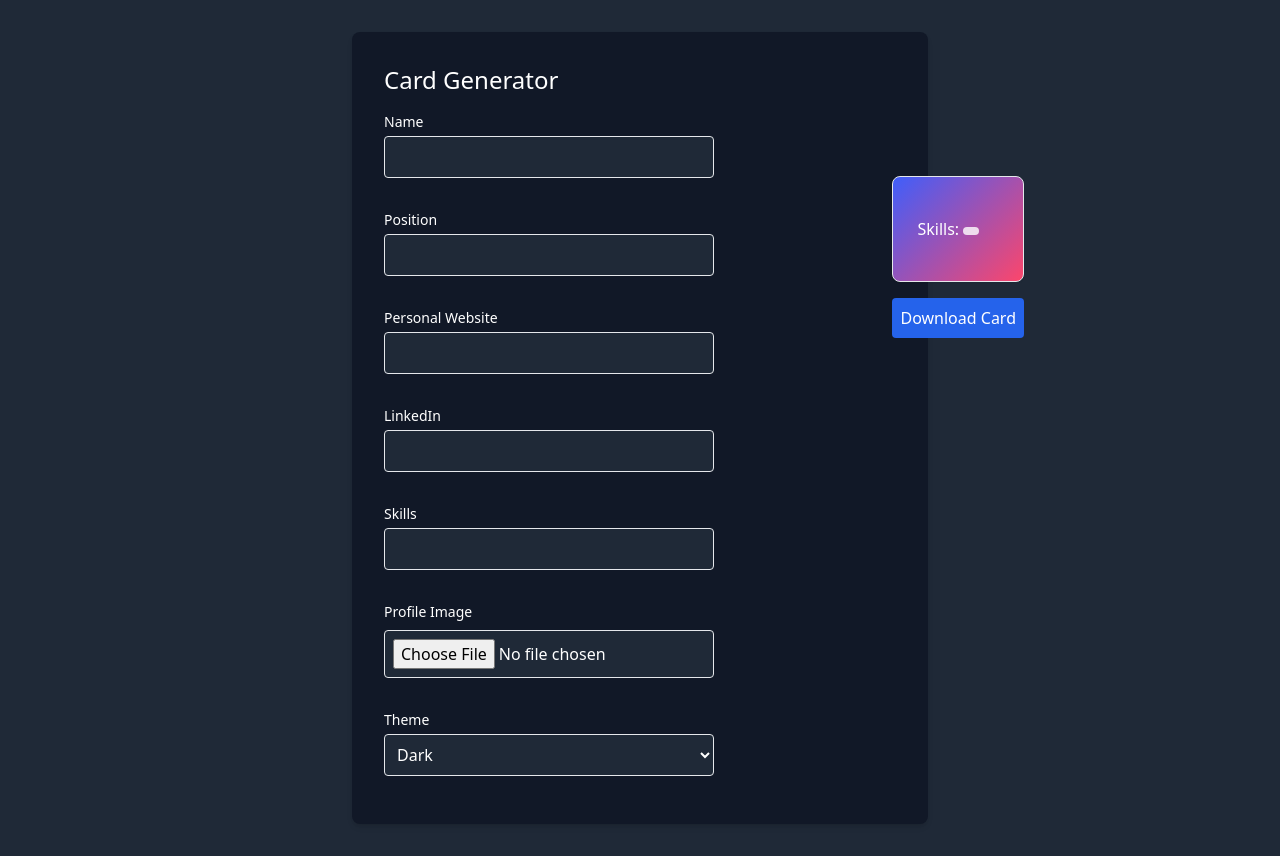
Repository: SmanSayeed/card-generator-react-application
Page: /
The author's editor kept a copy of each file at every save. The page is drawn from the files as they stood at one save, then again after the next save.
The browser window is 1280 px wide. The pictures show the whole page.
The project was rebuilt for these pictures with package versions that can differ from the ones it lists, and the page was loaded fresh each time. Also part of the build but not shown: vite.config.js.

Above is the page before, as saved 2024-09-24 16:34:27.

### src/main.jsx
import { StrictMode } from 'react'
import { createRoot } from 'react-dom/client'
import './index.css';
import App from './App';
import { Provider } from 'react-redux';
import { configureStore } from '@reduxjs/toolkit';
import { persistStore } from 'redux-persist';
import { PersistGate } from 'redux-persist/integration/react';
import cardReducer from './features/cardSlice';

const store = configureStore({
  reducer: {
    card: cardReducer,
  },
});
const persistor = persistStore(store);
createRoot(document.getElementById('root')).render(
  <StrictMode>
     <Provider store={store}>
     <PersistGate loading={null} persistor={persistor}>
    <App />
    </PersistGate>
    </Provider>
  </StrictMode>,
)

### src/App.jsx
import React from 'react';
import { useDispatch, useSelector } from 'react-redux';
import { updateField, setTheme } from './features/cardSlice';
import './App.css';
import CardGenerator from './components/template/CardGenerator';

const themes = {
  dark: "bg-gray-800 text-white",
  light: "bg-white text-black",
  green: "bg-green-200 text-black",
  blue: "bg-blue-200 text-black",
  minimal: "bg-gray-200 text-black",
};

function App() {

  return (
    <div className="p-8 min-h-screen bg-gray-800 text-white">
    <CardGenerator />
  </div>
  );
}

export default App;

### src/features/cardSlice.js
import { createSlice } from '@reduxjs/toolkit';
import { persistReducer } from 'redux-persist';
import storage from 'redux-persist/lib/storage';

const cardSlice = createSlice({
  name: 'card',
  initialState: {
    name: '',
    position: '',
    profileImage: '',
    personalWebsite: '',
    linkedin: '',
    skills: '',
    theme: 'dark', // default theme
  },
  reducers: {
    updateField: (state, action) => {
      const { field, value } = action.payload;
      state[field] = value;
    },
    setTheme: (state, action) => {
      state.theme = action.payload;
    },
  },
});

const persistConfig = {
  key: 'root',
  storage,
};

const persistedReducer = persistReducer(persistConfig, cardSlice.reducer);

export const { updateField, setTheme } = cardSlice.actions;
export default persistedReducer;

### src/App.css
.body.dark-mode {
  background: black;
  color: white;
  font-family: 'Arial', sans-serif;
}
ul {
  list-style: none;
  padding: 0;
}
.badge {
  display: inline-block;
  font-size: 0.875em;
  margin-right: 0.25rem;
  padding: 0.25rem 0.5rem;
  background: rgba(255,255,255,0.8);
}
.card {
  background: linear-gradient(135deg, rgba(63,94,251,1) 0%, rgba(252,70,107,1) 100%);
}

### src/components/template/CardGenerator.jsx
import React from "react";

import html2canvas from "html2canvas";
import jsPDF from "jspdf";
import CardForm from "../organisms/CardForm";
import Card from "../organisms/Card";
import Button from "../atoms/Button";

const CardGenerator = () => {
  const downloadCard = () => {
    const input = document.getElementById("card");
    html2canvas(input).then((canvas) => {
      const imgData = canvas.toDataURL("image/png");
      const pdf = new jsPDF();
      pdf.addImage(imgData, "PNG", 0, 0);
      pdf.save("card.pdf");
    });
  };

  return (
    <div className="max-w-xl mx-auto bg-gray-900 text-white p-8 rounded-lg shadow-md ">
      <div className="flex justify-between items-start gap-2 relative overflow-hidden">
        <div>
          <h1 className="text-2xl mb-4">Card Generator</h1>
          <CardForm />
        </div>

        <div className="fixed top-[20%] right-[20%]">
          <div id="card">
            <Card />
          </div>
          <Button onClick={downloadCard}>Download Card</Button>
        </div>
      </div>

    </div>
  );
};

export default CardGenerator;

### src/components/organisms/CardForm.js
import React from 'react';
import FormField from '../molecules/FormField';
import Button from '../atoms/Button';
import { useDispatch, useSelector } from 'react-redux';
import { updateField, setTheme } from '../../features/cardSlice';

const CardForm = () => {
  const dispatch = useDispatch();
  const card = useSelector((state) => state.card);

  const handleChange = (e) => {
    const { name, value } = e.target;
    dispatch(updateField({ field: name, value }));
  };

  const handleThemeChange = (e) => {
    dispatch(setTheme(e.target.value));
  };

  return (
    <form className="grid grid-cols-1 gap-4">
      <FormField type="text" label="Name" name="name" value={card.name} onChange={handleChange} />
      <FormField type="text" label="Position" name="position" value={card.position} onChange={handleChange} />
      <FormField type="text" label="Personal Website" name="personalWebsite" value={card.personalWebsite} onChange={handleChange} />
      <FormField type="text" label="LinkedIn" name="linkedin" value={card.linkedin} onChange={handleChange} />
      <FormField type="text" label="Skills" name="skills" value={card.skills} onChange={handleChange} />
      <FormField type="file" label="Profile Image" onChange={(e) => handleChange({ target: { name: 'profileImage', value: URL.createObjectURL(e.target.files[0]) } })} />
      <FormField type="select" label="Theme" name="theme" value={card.theme} onChange={handleThemeChange} options={[
        { value: 'dark', label: 'Dark' },
        { value: 'light', label: 'Light' },
        { value: 'green', label: 'Green' },
        { value: 'blue', label: 'Blue' },
        { value: 'minimal', label: 'Minimal' },
      ]} />
    </form>
  );
};

export default CardForm;

### src/components/organisms/Card.js
import React from 'react';
import { useSelector } from 'react-redux';

const themes = {
  dark: 'bg-gray-800 text-white',
  light: 'bg-white text-black',
  green: 'bg-green-200 text-black',
  blue: 'bg-blue-200 text-black',
  minimal: 'bg-gray-200 text-black',
};

const Card = () => {
  const card = useSelector((state) => state.card);

  return (
    <div className={`card mt-8 p-6 rounded-lg border shadow-sm ${themes[card.theme]}`}>
      <div className="flex items-center mb-4">
        {card.profileImage && (
          <img src={card.profileImage} alt="Profile" className="w-12 h-12 rounded-full mr-4" />
        )}
        <div>
          <h2 className="text-xl">{card.name}</h2>
          <p>{card.position}</p>
        </div>
      </div>

      <div className="mb-4">
        <a href={card.personalWebsite} target="_blank" className="block">
          {card.personalWebsite}
        </a>
        <a href={card.linkedin} target="_blank" className="block">
          {card.linkedin}
        </a>
      </div>

      <div className="mb-4">
        <p>
          Skills: {card.skills.split(',').map((skill) => (
            <span key={skill} className="badge bg-gray-200 text-black p-1 rounded mr-1">
              {skill}
            </span>
          ))}
        </p>
      </div>

      <div className="mt-4">
        <a href={card.personalWebsite} target="_blank" className="block mt-2 text-sm">
          {card.personalWebsite}
        </a>
      </div>
    </div>
  );
};

export default Card;

### src/components/atoms/Button.js
import React from 'react';

const Button = ({ onClick, children, ...props }) => (
  <button
    onClick={onClick}
    className="mt-4 w-full p-2 bg-blue-600 text-white rounded"
    {...props}
  >
    {children}
  </button>
);

export default Button;

### src/components/molecules/FormField.js
import React from 'react';
import TextInput from '../atoms/TextInput';
import FileInput from '../atoms/FileInput';
import SelectInput from '../atoms/SelectInput';

const FormField = ({ type, ...props }) => {
  switch (type) {
    case 'text':
      return <TextInput {...props} />;
    case 'file':
      return <FileInput {...props} />;
    case 'select':
      return <SelectInput {...props} />;
    default:
      return null;
  }
};

export default FormField;

### src/components/atoms/textInput.js
import React from 'react';

const TextInput = ({ label, name, value, onChange, ...props }) => (
  <div className="mb-4">
    {label && <label className="block text-sm mb-1">{label}</label>}
    <input
      type="text"
      name={name}
      value={value}
      onChange={onChange}
      className="p-2 bg-gray-800 border rounded w-full"
      {...props}
    />
  </div>
);

export default TextInput;

### src/components/atoms/fileInput.js
import React from 'react';

const FileInput = ({ label, name, onChange }) => (
  <div className="mb-4">
    {label && <label className="block text-sm mb-1">{label}</label>}
    <input
      type="file"
      name={name}
      onChange={onChange}
      className="mt-1 p-2 bg-gray-800 border rounded w-full"
    />
  </div>
);

export default FileInput;

### src/components/atoms/selectInput.js
import React from 'react';

const SelectInput = ({ label, name, value, onChange, options }) => (
  <div className="mb-4">
    {label && <label className="block text-sm mb-1">{label}</label>}
    <select
      name={name}
      value={value}
      onChange={onChange}
      className="p-2 bg-gray-800 border rounded w-full"
    >
      {options.map((option, index) => (
        <option key={index} value={option.value}>
          {option.label}
        </option>
      ))}
    </select>
  </div>
);

export default SelectInput;

### tailwind.config.js
// tailwind.config.js
/** @type {import('tailwindcss').Config} */
export default {
  content: ["./index.html", "./src/**/*.{js,ts,jsx,tsx}"],
  theme: {
    extend: {},
  },
  plugins: [],
};

Loaded but not shown: index.html (common file); src/index.css (common file)

After the next save:
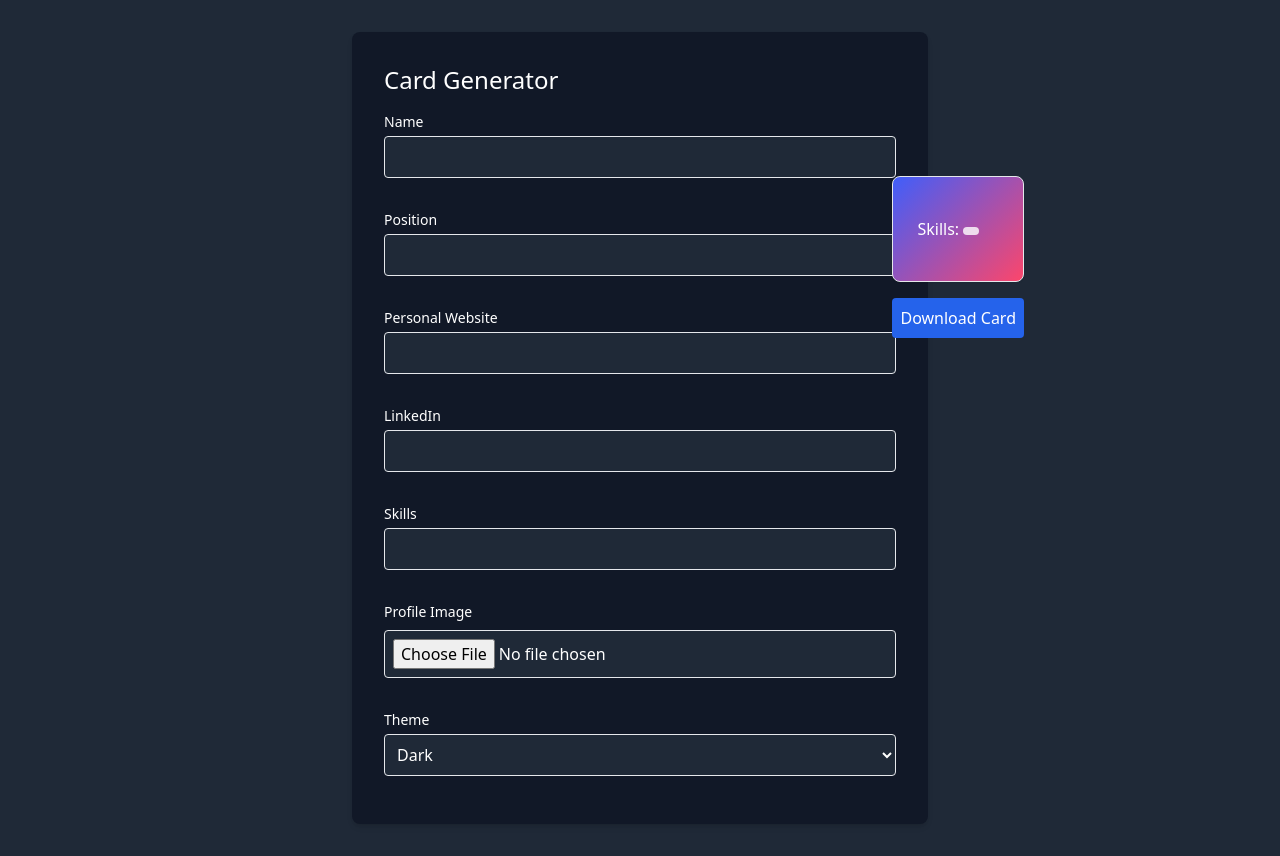
Saved 21 s later.
--- a/src/components/template/CardGenerator.jsx
+++ b/src/components/template/CardGenerator.jsx
@@ -19,7 +19,7 @@ const CardGenerator = () => {
 
   return (
     <div className="max-w-xl mx-auto bg-gray-900 text-white p-8 rounded-lg shadow-md ">
-      <div className="flex justify-between items-start gap-2 relative overflow-hidden">
+      <div className="relative overflow-hidden">
         <div>
           <h1 className="text-2xl mb-4">Card Generator</h1>
           <CardForm />
